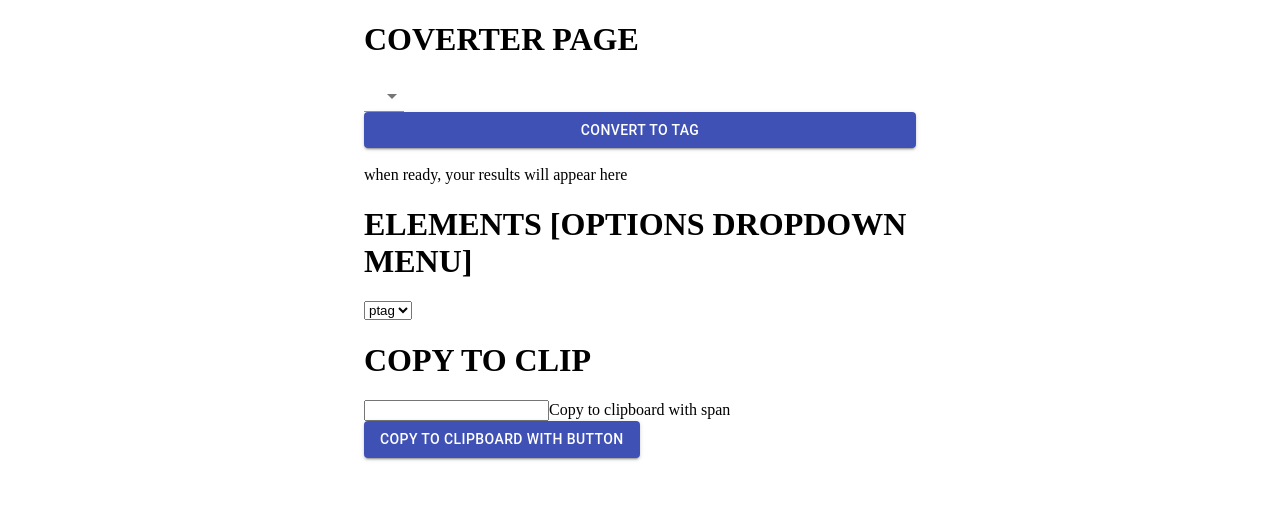
Repository: DevLuDaley/element-generator
Page: /
These files come from the project's save history. The page is drawn as it stood at one moment and after the next save; the edit follows.
The browser window is 1280 px wide. The pictures show the whole page.
The project was rebuilt for these pictures with package versions that can differ from the ones it lists, and the page was loaded fresh each time. Also part of the build but not shown: webpack.config.js, src/components/optionsArray.js, src/components/ElementsData.js.

Above is the page before, as saved 2020-12-23 21:17:07.

After the next save:
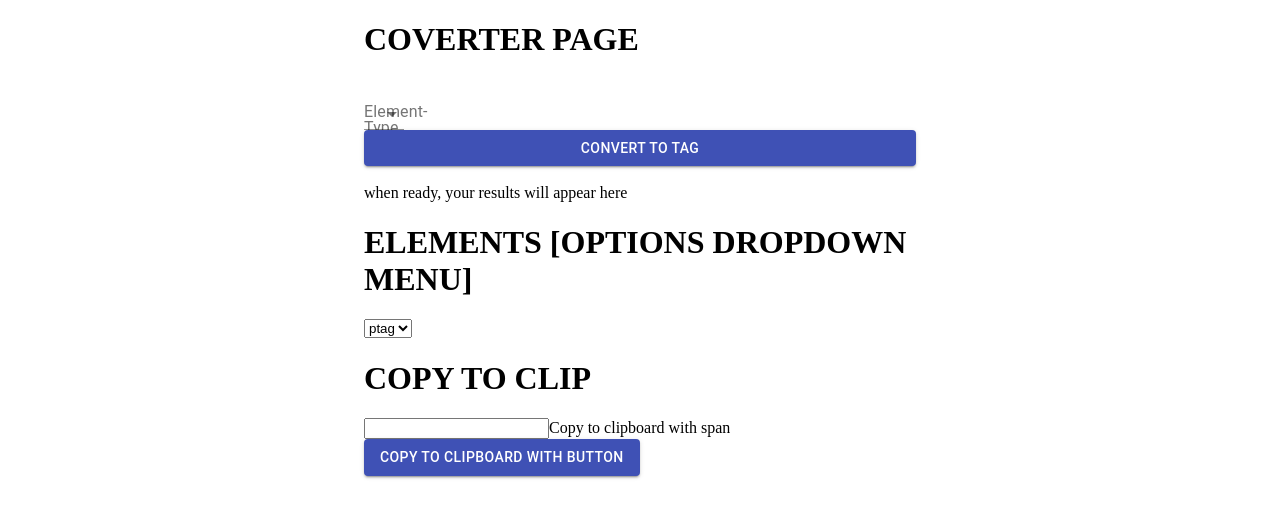
Saved 26 s later.
--- a/src/components/ConverterPage.js
+++ b/src/components/ConverterPage.js
@@ -32,10 +32,12 @@
         <Container maxWidth="sm">
             <h1>COVERTER PAGE</h1>
         <div>
-            {/* <FormControl>
+            <FormControl>
                 <InputLabel id="demo-simple-select-label">
                 Element-Type</InputLabel>
-            </FormControl> */}
+            </FormControl>
+</div>
+<div>
 
             <FormControl >
         {/* <InputLabel id="demo-simple-select-label">Element-Type</InputLabel> */}

After the save that followed:
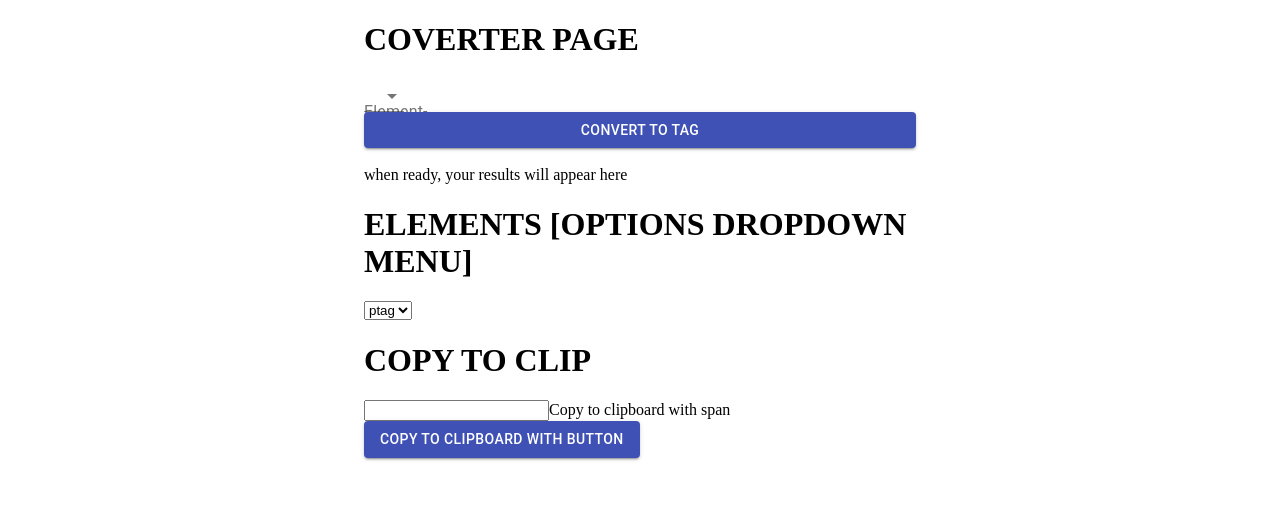
Saved 16 s later.
--- a/src/components/ConverterPage.js
+++ b/src/components/ConverterPage.js
@@ -36,8 +36,6 @@
                 <InputLabel id="demo-simple-select-label">
                 Element-Type</InputLabel>
             </FormControl>
-</div>
-<div>
 
             <FormControl >
         {/* <InputLabel id="demo-simple-select-label">Element-Type</InputLabel> */}
